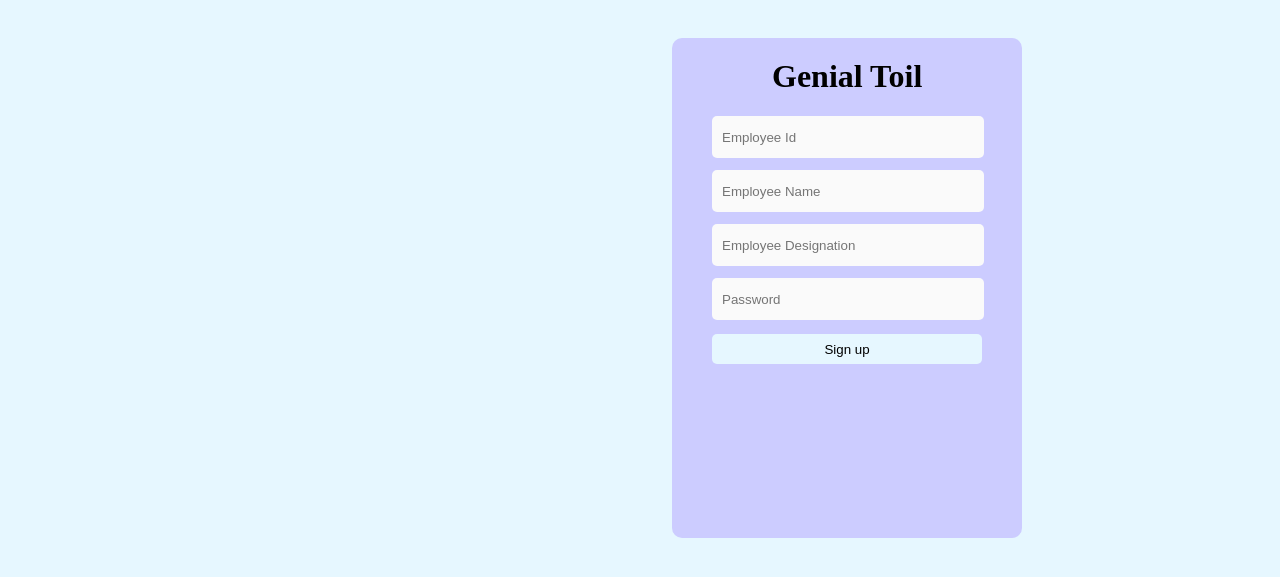
Repository: robin9533/Basic-Programs-App.
Page: GW-Genial Work Proj/GT_GenialToil/WebContent/EmployeeSignup.html
An editor plug-in stored every save of this project. The page is shown before and after the next save, followed by the edit.
The browser window is 1280 px wide. The pictures show the whole page.

Above is the page before, as saved 2019-05-10 10:10:00.

After the next save:
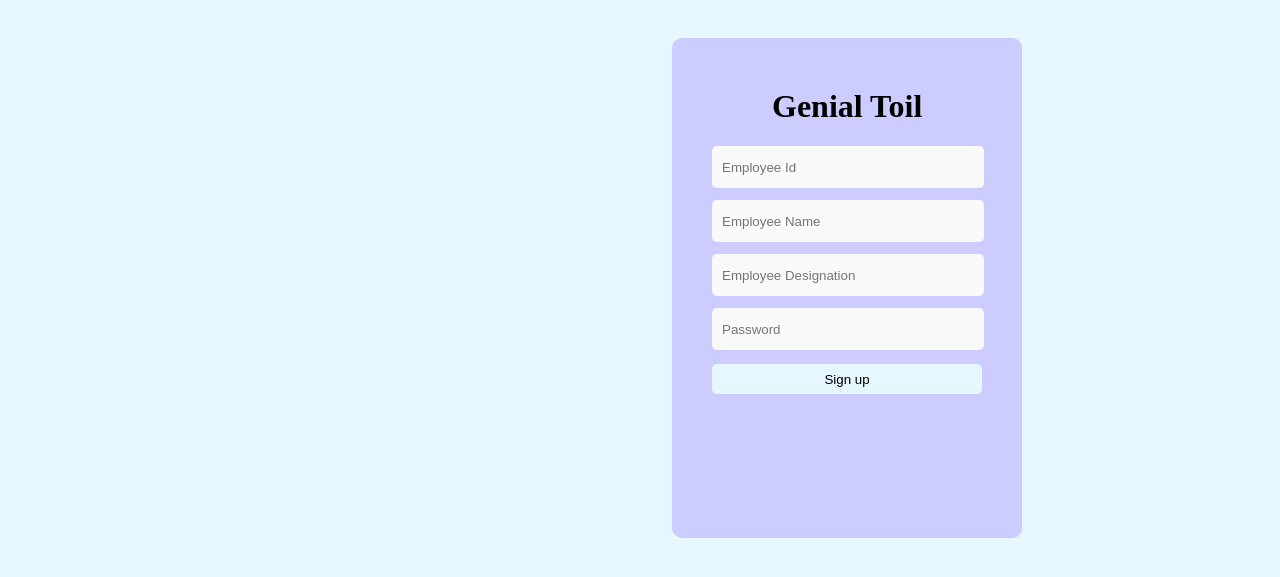
Saved 9 s later.
--- a/GW-Genial Work Proj/GT_GenialToil/WebContent/EmployeeSignup.css
+++ b/GW-Genial Work Proj/GT_GenialToil/WebContent/EmployeeSignup.css
@@ -37,7 +37,7 @@ body{
 	border: 0px solid #3897F0;
 	}
 .registrationblock h1{
-	margin-top:20px;
+	margin-top:50px;
 	margin-left: 100px;
 	cursor: default;
 	}
